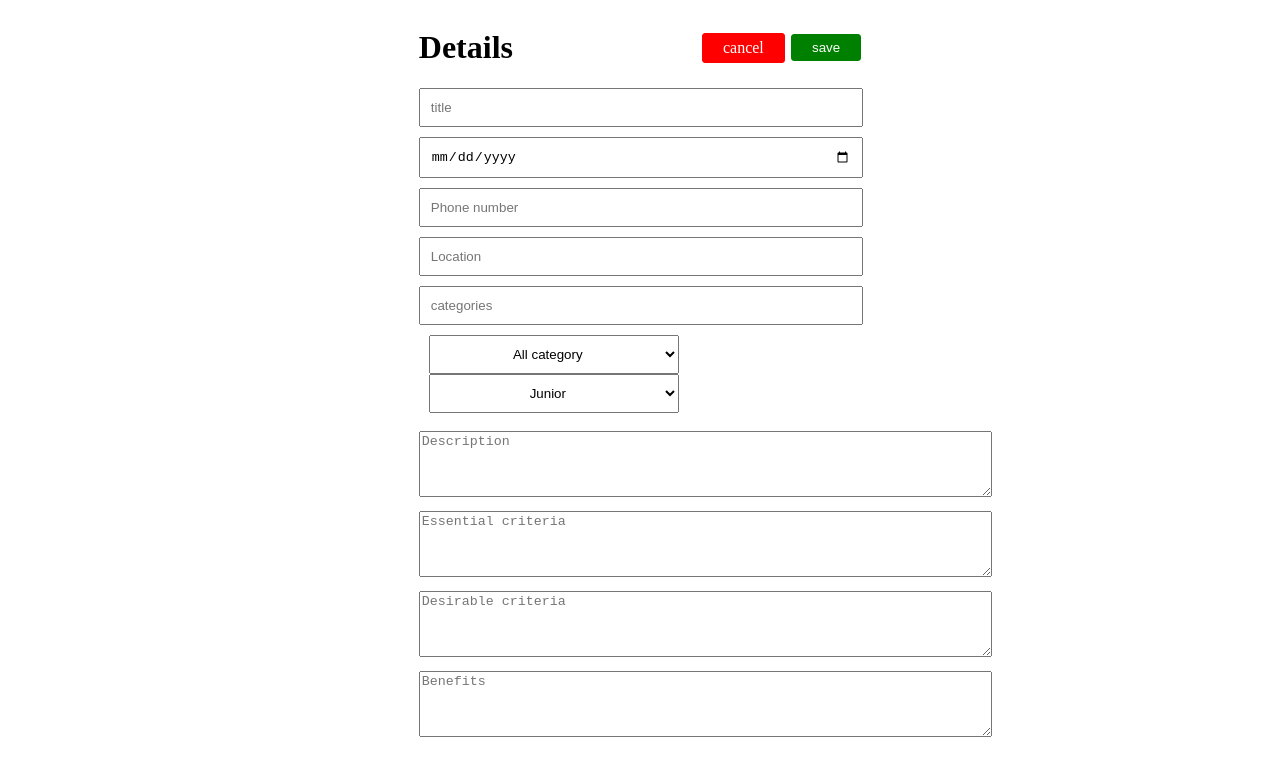
Repository: ismoil3/todo-users
Page: add/add.html
An editor plug-in stored every save of this project. The page is shown before and after the next save, followed by the edit.
The browser window is 1280 px wide. The pictures show the whole page.
The page's requests for data from a server got no answer.

Above is the page before, as saved 2024-08-22 20:24:45.

### add/add.html
<!DOCTYPE html>
<html lang="en">
<head>
    <meta charset="UTF-8">
    <meta name="viewport" content="width=device-width, initial-scale=1.0">
    <title>Document</title>
    <link rel="stylesheet" href="ad.css">
</head>
<body>
     <div class="main">
        <form action="" class="formAdd">
            <div class="btns">
                <h1>Details</h1>
                <div class="btns b ">
                    <a href="/admin page/admin.html" class="cancel">cancel</a>
                    <button type="submit" class="save">save</button>
                </div>
            </div>
            <input type="text" name="title" placeholder="title"><br>
            <input type="date" name="data" placeholder="Closing data"><br>
            <input type="text" name="Phone" placeholder="Phone number"><br>
            <input type="text" name="location" placeholder="Location"><br>
            <input type="text" name="categories" placeholder="categories"><br>
            <select name="" id="">
                <option value="all">All category</option>
                <option value="Frontend">Frontend</option>
                <option value="Backend">Backend</option>
            </select>
            <select name="" id="">
                <option value="Junior">Junior</option>
                <option value="Middle">Middle</option>
                <option value="Senior">Senior</option>
                <option value="Full-stack">Full-stack</option>
            </select><br><br>
            <textarea name="" id="" cols="69" rows="4" placeholder="Description"></textarea><br>
            <textarea name="" id="" cols="69" rows="4" placeholder="Essential criteria"></textarea><br>
            <textarea name="" id="" cols="69" rows="4" placeholder="Desirable criteria"></textarea><br>
            <textarea name="" id="" cols="69" rows="4" placeholder="Benefits"></textarea><br>
        </form>
     </div>
     <script src="https://cdn.jsdelivr.net/npm/axios/dist/axios.min.js"></script>
     <script type="module" src="/add/main.js"></script>
</body>
</html>

### add/ad.css
.main{
    width: 35%;
    margin: auto;
    /* border: 1px solid black; */
}
input{
    width: 95%;
    padding: 10px;
    margin-bottom: 10px;

}
textarea{
    margin-bottom: 10px;
}
select{
    padding: 10px 20px;
    width: 250px;
    text-align: center;
    margin-left: 10px;
}
.btns{
    display: flex;
    align-items: center;
    justify-content: space-between;
}
.b{
    width: 36%;
}
.cancel,.save{
    padding: 5px 20px;
    text-decoration: none;
    cursor: pointer;
    border-radius: 3px;
}
.cancel{
    border: 1px solid red;
    color: white;
    background-color: red;
}
.save{
    border: 1px solid green;
    color: white;
    background-color: green;
}

### add/main.js
import { Get } from "../admin page/api.js";
Get()

### admin page/api.js

const Api="https://66b99bb1fa763ff550f8d5f2.mockapi.io/back/users"
import { getData, } from "./dom.js";


async function Get() {
    try {
        const {data}=await axios.get(Api)
        getData(data)
    } catch (error) {
        console.error(error);
    }
}
async function Delete(idx) {
    try {
        const {data}=await axios.delete(`${Api}/${idx}`)
        Get()
    } catch (error) {

    }
}
// async function addTaks(obj) {
//     try {
//         const {data}=await axios.post(Api,obj)
//         Get()
//     } catch (error) {
//         console.error(error);
//     }
// }
export {Get,Delete}

### admin page/dom.js
import { Delete } from "./api.js";
const box = document.querySelector(".box1");
let idx=null
function getData(data) {
  box.innerHTML=""
  data.forEach((e, i) => {
    const tr = document.createElement("tr");
    const title = document.createElement("td");
    title.innerHTML=e.title
    const Category = document.createElement("td");
    Category.innerHTML=e.Category
    const level = document.createElement("td");
    level.innerHTML=e.level
    const loc = document.createElement("td");
    loc.innerHTML=e.loc
    const phone = document.createElement("td");
    phone.innerHTML=e.phone
    const app = document.createElement("td");
    app.innerHTML=e.app
    const closing = document.createElement("td");
    closing.innerHTML=e.closing
    const Action = document.createElement("td");
    const btndelete=document.createElement("button")
    btndelete.innerHTML="del"
    btndelete.onclick=()=>{
      Delete(e.id)
      console.log(idx);
    }
    const btnedit=document.createElement("a")
    btnedit.href=""
    btnedit.innerHTML="edit"
    Action.append(btndelete,btnedit)
    tr.append(title,Category,level,loc,phone,app,closing,Action)
    box.appendChild(tr);

  });
}
export {getData,idx}

After the next save:
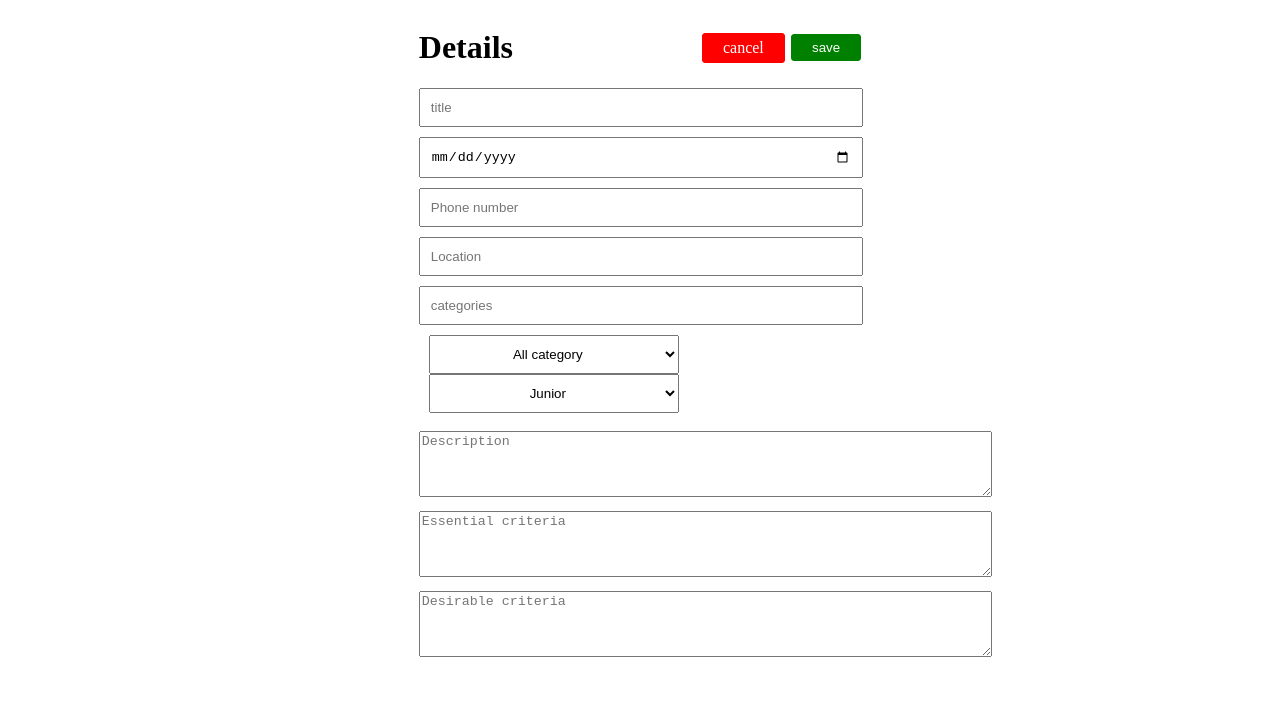
Saved 21 s later.
--- a/add/add.html
+++ b/add/add.html
@@ -35,7 +35,7 @@
             <textarea name="" id="" cols="69" rows="4" placeholder="Description"></textarea><br>
             <textarea name="" id="" cols="69" rows="4" placeholder="Essential criteria"></textarea><br>
             <textarea name="" id="" cols="69" rows="4" placeholder="Desirable criteria"></textarea><br>
-            <textarea name="" id="" cols="69" rows="4" placeholder="Benefits"></textarea><br>
+            <!-- <textarea name="" id="" cols="69" rows="4" placeholder="Benefits"></textarea><br> -->
         </form>
      </div>
      <script src="https://cdn.jsdelivr.net/npm/axios/dist/axios.min.js"></script>
